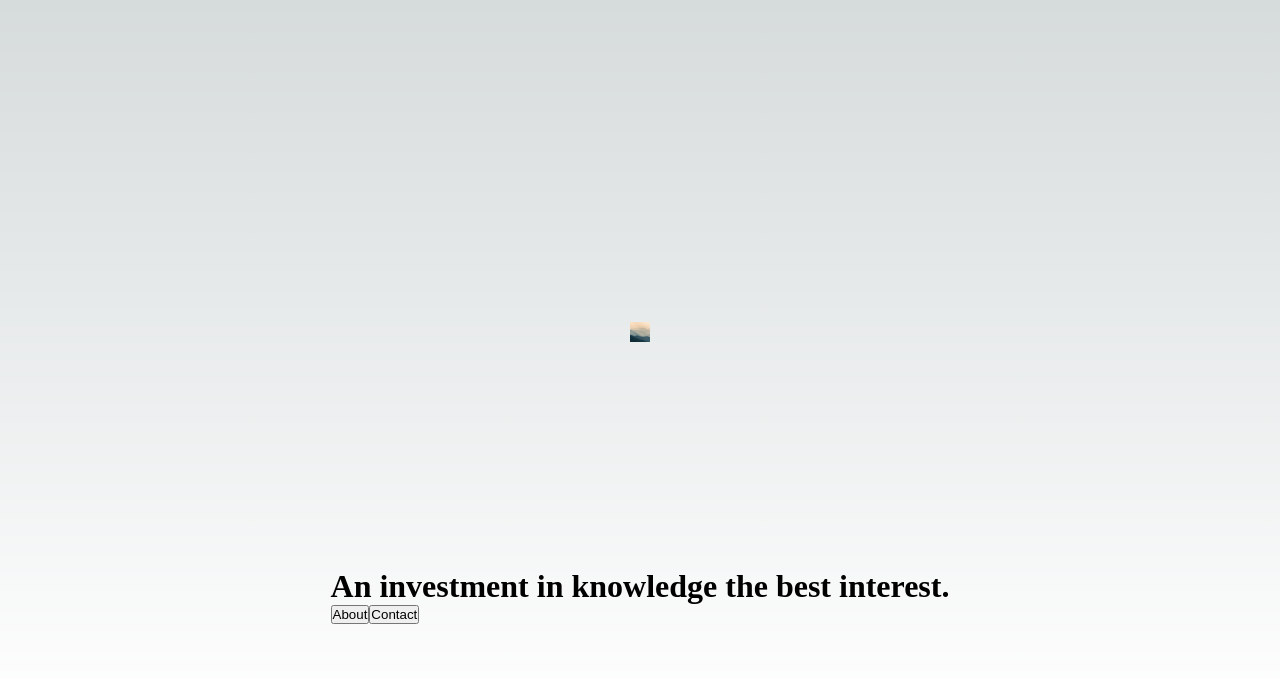
Repository: SanlyLp/assignment-1-playwright-site-a01182379
Page: /
The author's editor kept a copy of each file at every save. The page is drawn from the files as they stood at one save, then again after the next save.
The browser window is 1280 px wide. The pictures show the whole page.
The project was rebuilt for these pictures with package versions that can differ from the ones it lists, and the page was loaded fresh each time. The framework's server and built-in components were replaced by stand-ins that run in the browser. Also part of the build but not shown: next.config.js.

Above is the page before, as saved 2023-02-05 20:07:06.

### pages/_app.js
import '@/styles/globals.css'
import '../styles/variables.css'

export default function MyApp({ Component, pageProps }) {
  return <Component {...pageProps} />
}

### pages/index.js
import Head from 'next/head'
import { Inter } from '@next/font/google'
import styles from '@/styles/Home.module.css'
import Link from 'next/link';

const inter = Inter({ subsets: ['latin'] })

export default function Home() {
  return (
    <>
      <Head>
        <title>Home Page</title>
        <meta name="description" content="Generated by create next app" />
        <meta name="viewport" content="width=device-width, initial-scale=1" />
        <link rel="icon" href="/favicon.ico" />
      </Head>
      <main className={styles.main}>
        <div className={styles.bg}>

        </div>
        <div>
          <h1>An investment in knowledge
            the best interest.
          </h1>
          <Link href="/about">
            <button>About</button>
          </Link>
          <Link href="/contact">
            <button>Contact</button>
          </Link>
        </div>
      </main>
    </>
  )
}

### styles/globals.css
:root {
  --max-width: 1100px;
  --border-radius: 12px;
  --font-mono: ui-monospace, Menlo, Monaco, 'Cascadia Mono', 'Segoe UI Mono',
    'Roboto Mono', 'Oxygen Mono', 'Ubuntu Monospace', 'Source Code Pro',
    'Fira Mono', 'Droid Sans Mono', 'Courier New', monospace;

  --foreground-rgb: 0, 0, 0;
  --background-start-rgb: 214, 219, 220;
  --background-end-rgb: 255, 255, 255;

  --primary-glow: conic-gradient(
    from 180deg at 50% 50%,
    #16abff33 0deg,
    #0885ff33 55deg,
    #54d6ff33 120deg,
    #0071ff33 160deg,
    transparent 360deg
  );
  --secondary-glow: radial-gradient(
    rgba(255, 255, 255, 1),
    rgba(255, 255, 255, 0)
  );

  --tile-start-rgb: 239, 245, 249;
  --tile-end-rgb: 228, 232, 233;
  --tile-border: conic-gradient(
    #00000080,
    #00000040,
    #00000030,
    #00000020,
    #00000010,
    #00000010,
    #00000080
  );

  --callout-rgb: 238, 240, 241;
  --callout-border-rgb: 172, 175, 176;
  --card-rgb: 180, 185, 188;
  --card-border-rgb: 131, 134, 135;
}
::-webkit-scrollbar {
  width: 10px;
  background-color:var( --ternary-color)
}

::-webkit-scrollbar-thumb {
  background-color:var(--primary-color);
  border-radius: 10px;
}

::-webkit-scrollbar-thumb:hover {
  background-color:var(--quaternary-color)
}


@media (prefers-color-scheme: dark) {
  :root {
    --foreground-rgb: 255, 255, 255;
    --background-start-rgb: 0, 0, 0;
    --background-end-rgb: 0, 0, 0;

    --primary-glow: radial-gradient(rgba(1, 65, 255, 0.4), rgba(1, 65, 255, 0));
    --secondary-glow: linear-gradient(
      to bottom right,
      rgba(1, 65, 255, 0),
      rgba(1, 65, 255, 0),
      rgba(1, 65, 255, 0.3)
    );

    --tile-start-rgb: 2, 13, 46;
    --tile-end-rgb: 2, 5, 19;
    --tile-border: conic-gradient(
      #ffffff80,
      #ffffff40,
      #ffffff30,
      #ffffff20,
      #ffffff10,
      #ffffff10,
      #ffffff80
    );

    --callout-rgb: 20, 20, 20;
    --callout-border-rgb: 108, 108, 108;
    --card-rgb: 100, 100, 100;
    --card-border-rgb: 200, 200, 200;
  }
}

* {
  box-sizing: border-box;
  padding: 0;
  margin: 0;
}

html,
body {
  max-width: 100vw;
  overflow-x: hidden;
}

body {
  color: rgb(var(--foreground-rgb));
  background: linear-gradient(
      to bottom,
      transparent,
      rgb(var(--background-end-rgb))
    )
    rgb(var(--background-start-rgb));
}

a {
  color: inherit;
  text-decoration: none;
}

@media (prefers-color-scheme: dark) {
  html {
    color-scheme: dark;
  }
}

### styles/variables.css
:root{
    --primary-color: #fff;
    --secondary-color: #f4d6b9;
    --ternary-color: #7796a4;
    --quaternary-color: #14343d;
    --quinary-color: rgb(16,46,53,0.5);
}

### styles/Home.module.css
.main {
  display: flex;
  flex-direction: column;
  justify-content: space-between;
  align-items: center;
  padding: 6rem;
  min-height: 100vh;
}
.bg{
  background-image: url("../public/background-images/backgroundMountain.jpg");
  background-size: cover;
  background-repeat: no-repeat;
  background-position: center;
  padding: 10px;
  margin: auto;
}

.description {
  display: inherit;
  justify-content: inherit;
  align-items: inherit;
  font-size: 0.85rem;
  max-width: var(--max-width);
  width: 100%;
  z-index: 2;
  font-family: var(--font-mono);
}

.description a {
  display: flex;
  justify-content: center;
  align-items: center;
  gap: 0.5rem;
}

.description p {
  position: relative;
  margin: 0;
  padding: 1rem;
  background-color: rgba(var(--callout-rgb), 0.5);
  border: 1px solid rgba(var(--callout-border-rgb), 0.3);
  border-radius: var(--border-radius);
}

.code {
  font-weight: 700;
  font-family: var(--font-mono);
}

.grid {
  display: grid;
  grid-template-columns: repeat(4, minmax(25%, auto));
  width: var(--max-width);
  max-width: 100%;
}

.card {
  padding: 1rem 1.2rem;
  border-radius: var(--border-radius);
  background: rgba(var(--card-rgb), 0);
  border: 1px solid rgba(var(--card-border-rgb), 0);
  transition: background 200ms, border 200ms;
}

.card span {
  display: inline-block;
  transition: transform 200ms;
}

.card h2 {
  font-weight: 600;
  margin-bottom: 0.7rem;
}

.card p {
  margin: 0;
  opacity: 0.6;
  font-size: 0.9rem;
  line-height: 1.5;
  max-width: 30ch;
}

.center {
  display: flex;
  justify-content: center;
  align-items: center;
  position: relative;
  padding: 4rem 0;
}

.center::before {
  background: var(--secondary-glow);
  border-radius: 50%;
  width: 480px;
  height: 360px;
  margin-left: -400px;
}

.center::after {
  background: var(--primary-glow);
  width: 240px;
  height: 180px;
  z-index: -1;
}

.center::before,
.center::after {
  content: '';
  left: 50%;
  position: absolute;
  filter: blur(45px);
  transform: translateZ(0);
}

.logo,
.thirteen {
  position: relative;
}

.thirteen {
  display: flex;
  justify-content: center;
  align-items: center;
  width: 75px;
  height: 75px;
  padding: 25px 10px;
  margin-left: 16px;
  transform: translateZ(0);
  border-radius: var(--border-radius);
  overflow: hidden;
  box-shadow: 0px 2px 8px -1px #0000001a;
}

.thirteen::before,
.thirteen::after {
  content: '';
  position: absolute;
  z-index: -1;
}

/* Conic Gradient Animation */
.thirteen::before {
  animation: 6s rotate linear infinite;
  width: 200%;
  height: 200%;
  background: var(--tile-border);
}

/* Inner Square */
.thirteen::after {
  inset: 0;
  padding: 1px;
  border-radius: var(--border-radius);
  background: linear-gradient(
    to bottom right,
    rgba(var(--tile-start-rgb), 1),
    rgba(var(--tile-end-rgb), 1)
  );
  background-clip: content-box;
}

/* Enable hover only on non-touch devices */
@media (hover: hover) and (pointer: fine) {
  .card:hover {
    background: rgba(var(--card-rgb), 0.1);
    border: 1px solid rgba(var(--card-border-rgb), 0.15);
  }

  .card:hover span {
    transform: translateX(4px);
  }
}

@media (prefers-reduced-motion) {
  .thirteen::before {
    animation: none;
  }

  .card:hover span {
    transform: none;
  }
}

/* Mobile */
@media (max-width: 700px) {
  .content {
    padding: 4rem;
  }

  .grid {
    grid-template-columns: 1fr;
    margin-bottom: 120px;
    max-width: 320px;
    text-align: center;
  }

  .card {
    padding: 1rem 2.5rem;
  }

  .card h2 {
    margin-bottom: 0.5rem;
  }

  .center {
    padding: 8rem 0 6rem;
  }

  .center::before {
    transform: none;
    height: 300px;
  }

  .description {
    font-size: 0.8rem;
  }

  .description a {
    padding: 1rem;
  }

  .description p,
  .description div {
    display: flex;
    justify-content: center;
    position: fixed;
    width: 100%;
  }

  .description p {
    align-items: center;
    inset: 0 0 auto;
    padding: 2rem 1rem 1.4rem;
    border-radius: 0;
    border: none;
    border-bottom: 1px solid rgba(var(--callout-border-rgb), 0.25);
    background: linear-gradient(
      to bottom,
      rgba(var(--background-start-rgb), 1),
      rgba(var(--callout-rgb), 0.5)
    );
    background-clip: padding-box;
    backdrop-filter: blur(24px);
  }

  .description div {
    align-items: flex-end;
    pointer-events: none;
    inset: auto 0 0;
    padding: 2rem;
    height: 200px;
    background: linear-gradient(
      to bottom,
      transparent 0%,
      rgb(var(--background-end-rgb)) 40%
    );
    z-index: 1;
  }
}

/* Tablet and Smaller Desktop */
@media (min-width: 701px) and (max-width: 1120px) {
  .grid {
    grid-template-columns: repeat(2, 50%);
  }
}

@media (prefers-color-scheme: dark) {
  .vercelLogo {
    filter: invert(1);
  }

  .logo,
  .thirteen img {
    filter: invert(1) drop-shadow(0 0 0.3rem #ffffff70);
  }
}

@keyframes rotate {
  from {
    transform: rotate(360deg);
  }
  to {
    transform: rotate(0deg);
  }
}

Loaded but not shown: pages/_document.js (common file)

After the next save:
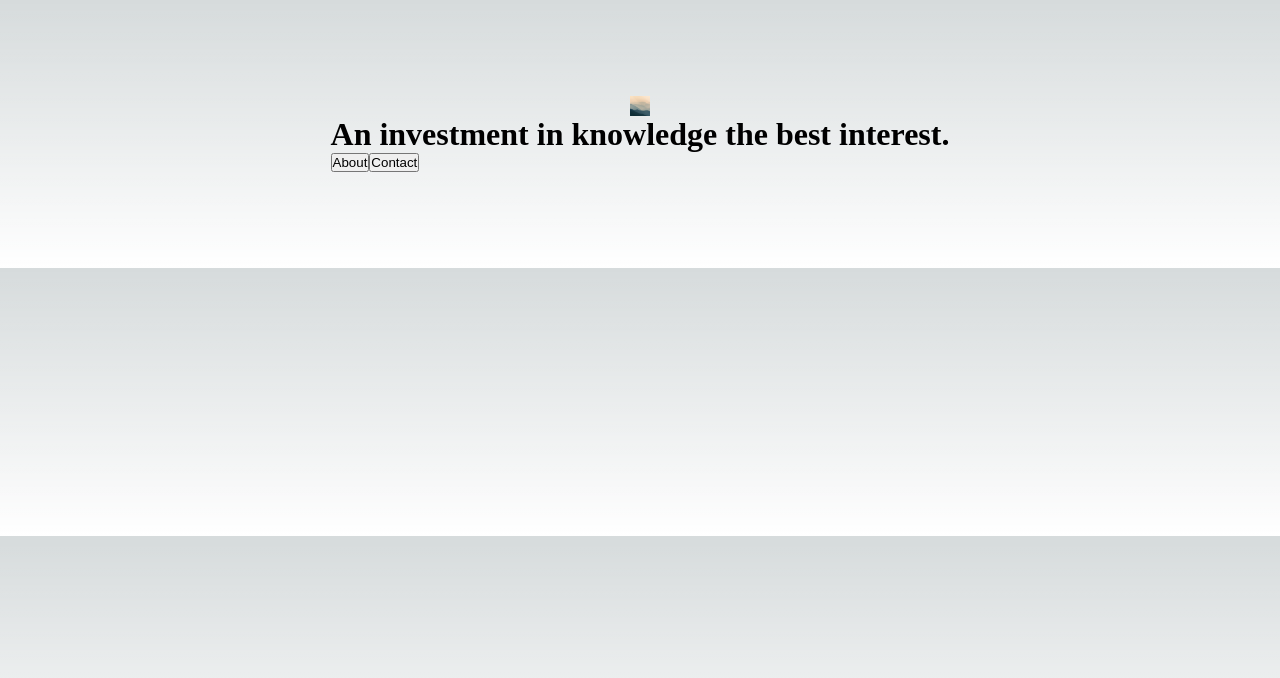
Saved 20 s later.
--- a/styles/Home.module.css
+++ b/styles/Home.module.css
@@ -4,7 +4,7 @@
   justify-content: space-between;
   align-items: center;
   padding: 6rem;
-  min-height: 100vh;
+
 }
 .bg{
   background-image: url("../public/background-images/backgroundMountain.jpg");
